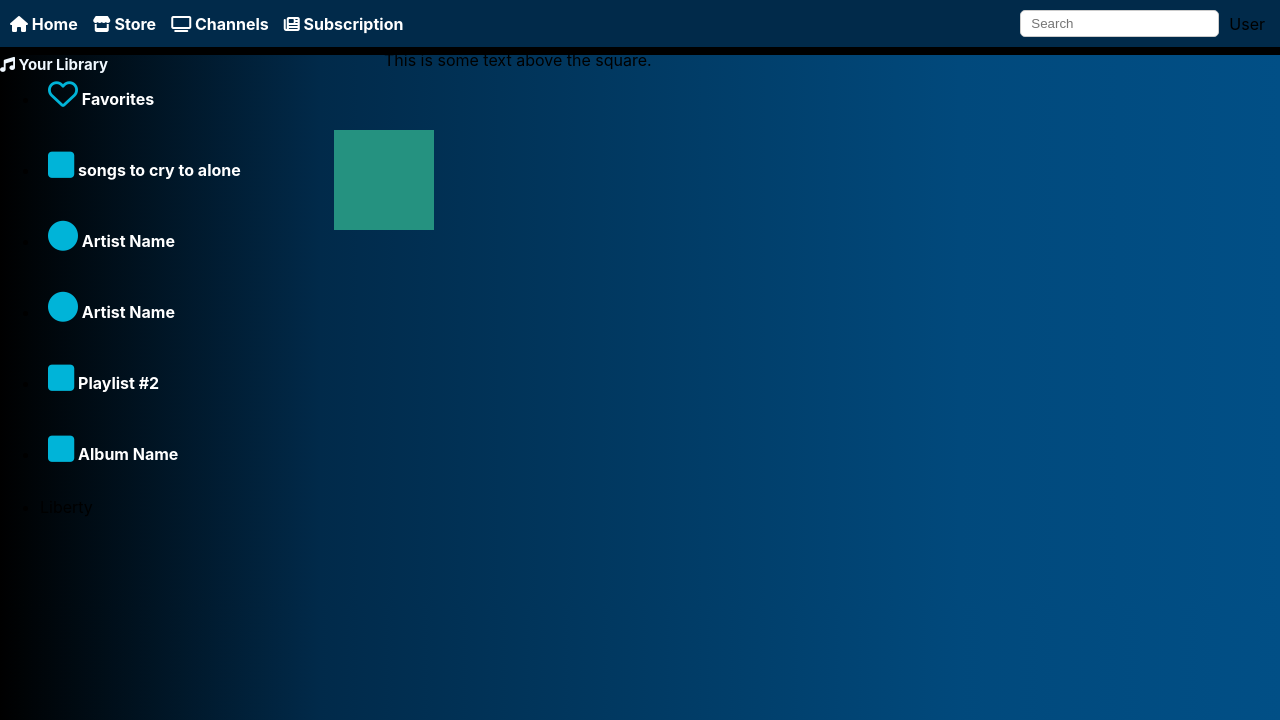
Repository: gordonnrat/group-2-project
Page: / (app in source-code/)
An editor plug-in stored every save of this project. The page is shown before and after a run of saves, followed by the edit.
The browser window is 1280 px wide. The pictures show the whole page.
The project was rebuilt for these pictures with package versions that can differ from the ones it lists, and the page was loaded fresh each time. Also part of the build but not shown: source-code/src/App.css, source-code/src/App.js, source-code/src/components/pages/Login.js.

Above is the page before, as saved 2023-07-26 16:22:51.

After the next 6 saves:
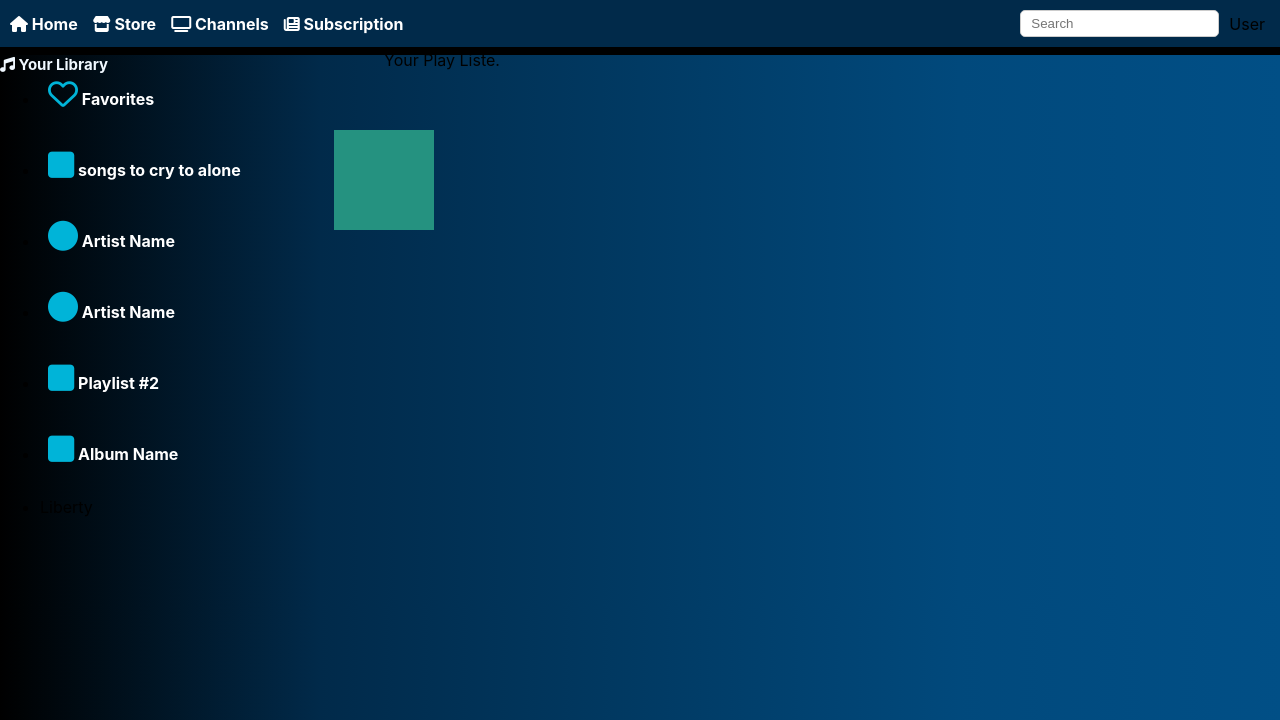
The 6 saves are shown as one change because they came seconds apart.
The last was saved 17 s later.
--- a/source-code/src/components/pages/Home.js
+++ b/source-code/src/components/pages/Home.js
@@ -13,7 +13,7 @@ function Home() {
         <li>Liberty</li>
       </ul>
       <div className="square-container">
-        <div className="text">This is some text above the square.</div> {/* Add the text above the square */}
+        <div className="text">Your Play Liste.</div> {/* Add the text above the square */}
         <div className="square"></div>
       </div>
     </div>
